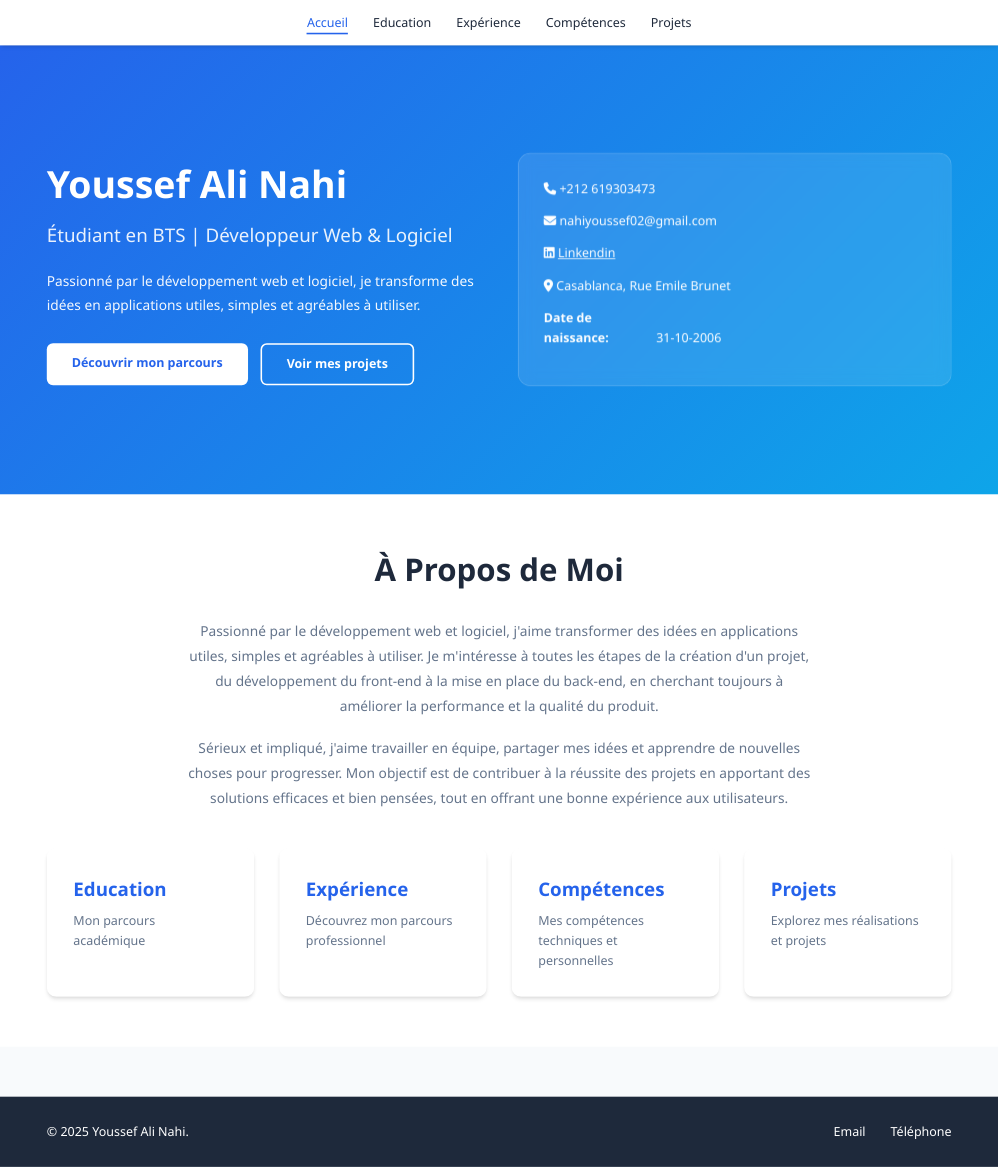
Repository: Youssef-Nahi504/My_Portfolio
Page: index.html
An editor plug-in stored every save of this project. The page is shown before and after the next save, followed by the edit.
The browser window is 1280 px wide. The pictures show the whole page, at 78% of full size.

Above is the page before, as saved 2025-12-21 13:29:45.

After the next save:
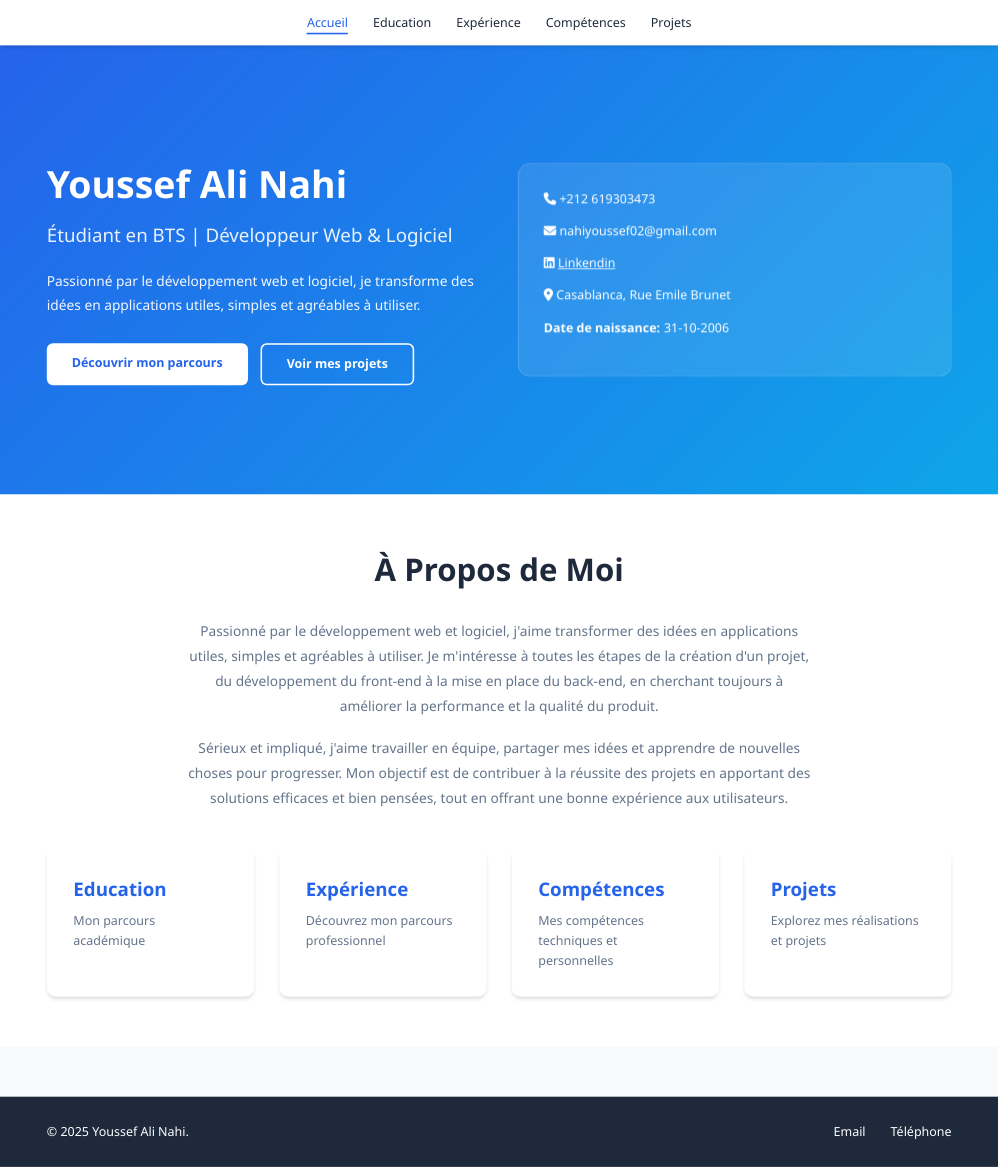
Saved 8 s later.
--- a/style.css
+++ b/style.css
@@ -191,7 +191,7 @@ body {
 
 .profile-info strong {
     display: inline-block;
-    width: 140px;
+    width: 150px;
 }
 
 /* About Section */
